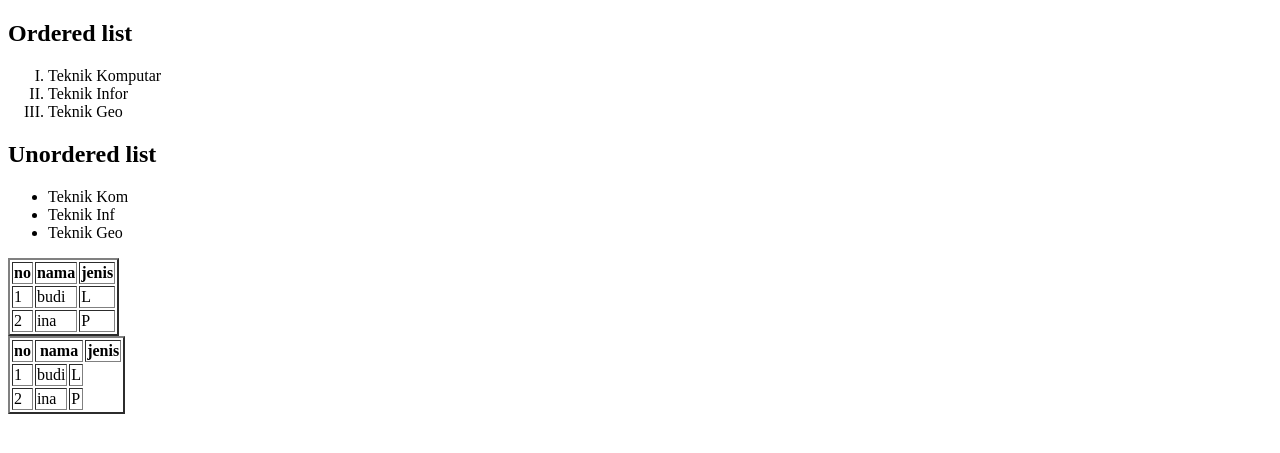
Repository: keyx-alt/pemrograman_web
Page: list.html
The author's editor kept a copy of each file at every save. The page is drawn from the files as they stood at one save, then again after the next save.
The browser window is 1280 px wide. The pictures show the whole page.

Above is the page before, as saved 2026-04-16 13:59:32.

### list.html
<!DOCTYPE html>
<html lang="en">
<head>
    <meta charset="UTF-8">
    <meta name="viewport" content="width=device-width, initial-scale=1.0">
    <title>Document</title>
</head>
<body>
    <h2>Ordered list</h2>

    <ol type="I">
        <li>Teknik Komputar</li>
        <li>Teknik Infor</li>
        <li>Teknik Geo</li>
    </ol>

    <h2>Unordered list</h2>

    <ul>
        <li>Teknik Kom</li>
        <li>Teknik Inf</li>
        <li>Teknik Geo</li>
    </ul>

    <table border="2">
        <tr>
            <th>no</th>
            <th>nama</th>
            <th>jenis</th>
        </tr>
        <tr>
            <td>1</td>
            <td>budi</td>
            <td>L</td>
        </tr>
        <tr>
            <td>2</td>
            <td>ina</td>
            <td>P</td>
        </tr>
    </table>

     <table border="2">
        <tr>
            <th>no</th>
            <th colspan="2">nama</th>
            <th>jenis</th>
        </tr>
        <tr>
            <td>1</td>
            <td>budi</td>
            <td>L</td>
        </tr>
        <tr>
            <td>2</td>
            <td>ina</td>
            <td>P</td>
        </tr>
    </table>
</body>
</html>

After the next save:
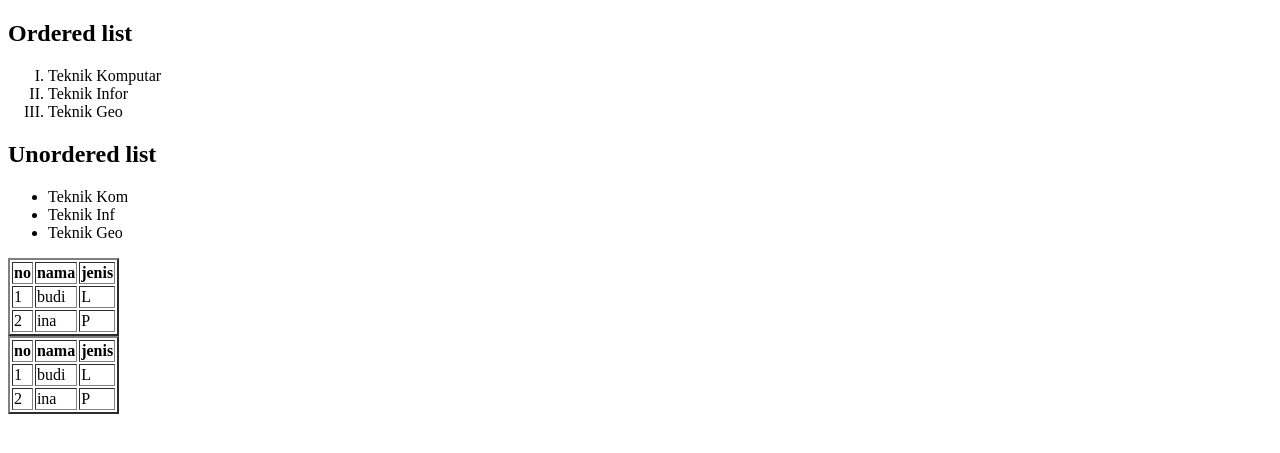
Saved 18 s later.
--- a/list.html
+++ b/list.html
@@ -43,7 +43,7 @@
      <table border="2">
         <tr>
             <th>no</th>
-            <th colspan="2">nama</th>
+            <th colspan="1">nama</th>
             <th>jenis</th>
         </tr>
         <tr>

After the save that followed:
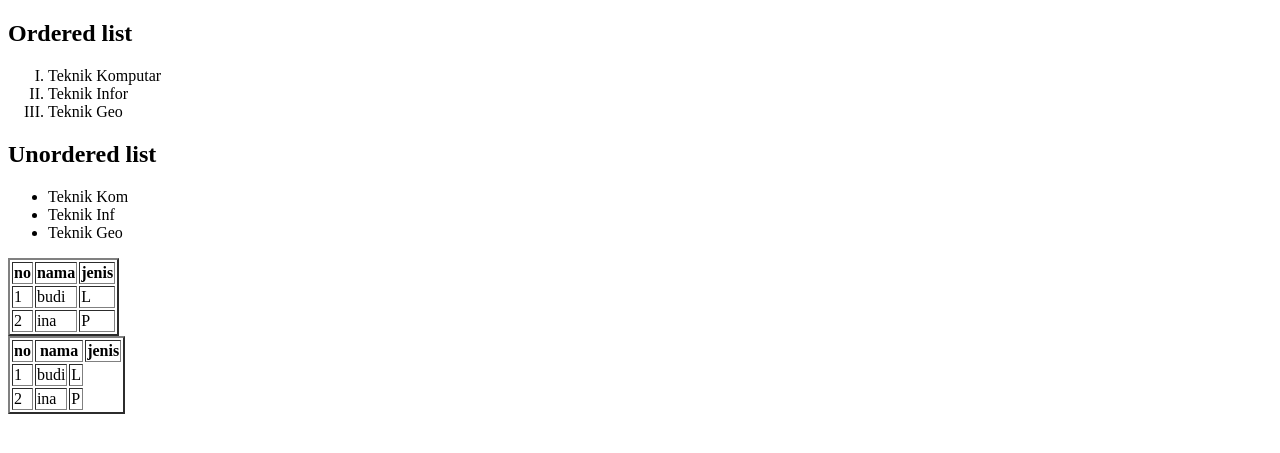
Saved 8 s later.
--- a/list.html
+++ b/list.html
@@ -43,7 +43,7 @@
      <table border="2">
         <tr>
             <th>no</th>
-            <th colspan="1">nama</th>
+            <th colspan="3">nama</th>
             <th>jenis</th>
         </tr>
         <tr>
